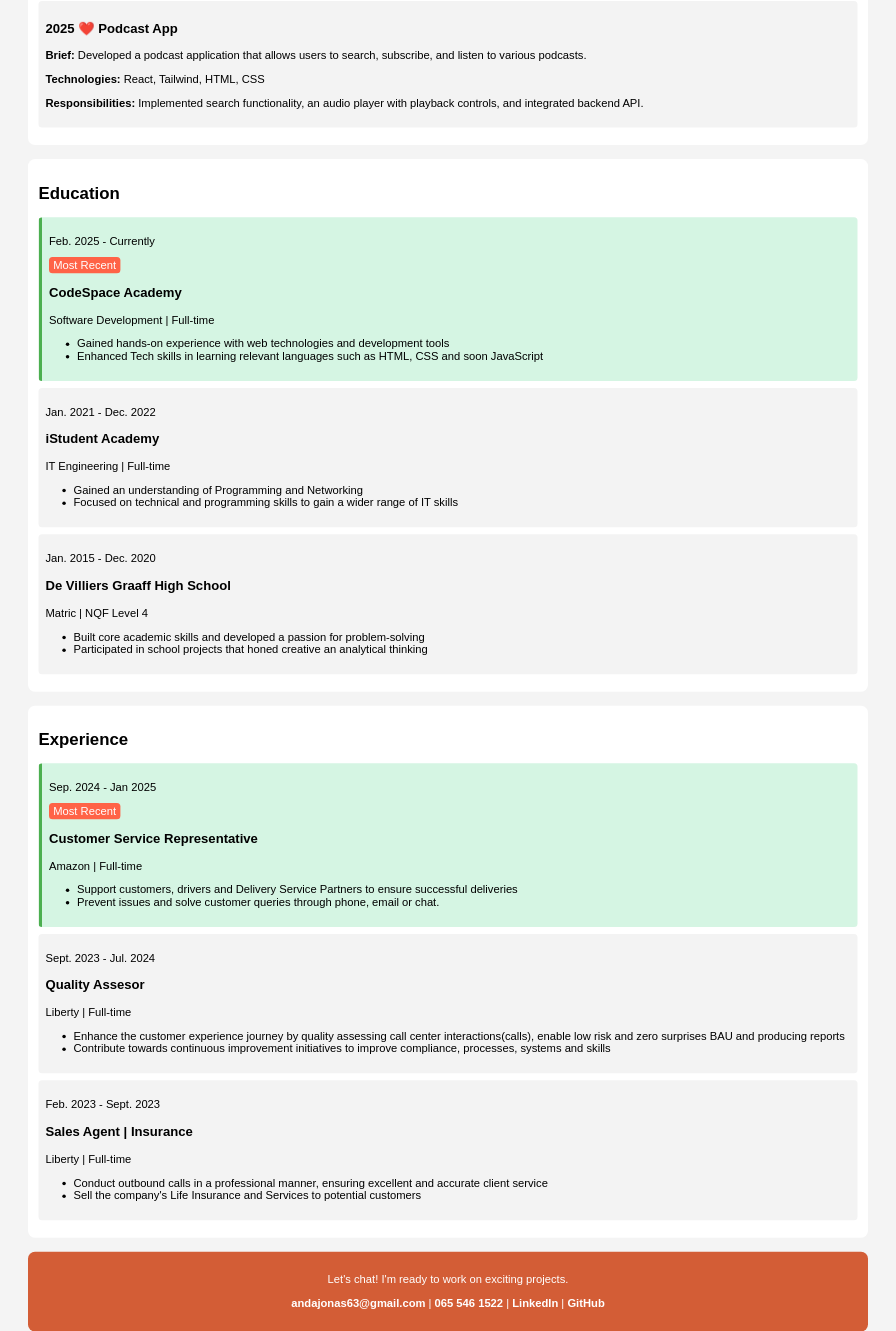
Repository: andajonas/ANDJON25111_fto2502_A2_AndaJonas_SDF_Portfolio_Piece
Page: index.html
An editor plug-in stored every save of this project. The page is shown before and after a run of saves, followed by the edit.
The browser window is 1280 px wide. The pictures show the part of the page from y = 1226 to 3146 px (the page is 3128 px tall before and 3146 px after), at 70% of full size.
A picture or video elsewhere on the page could not be fetched, so the positions and the page height are approximate.

Above is the page before, as saved 2025-04-03 18:18:27.

After the next 3 saves:
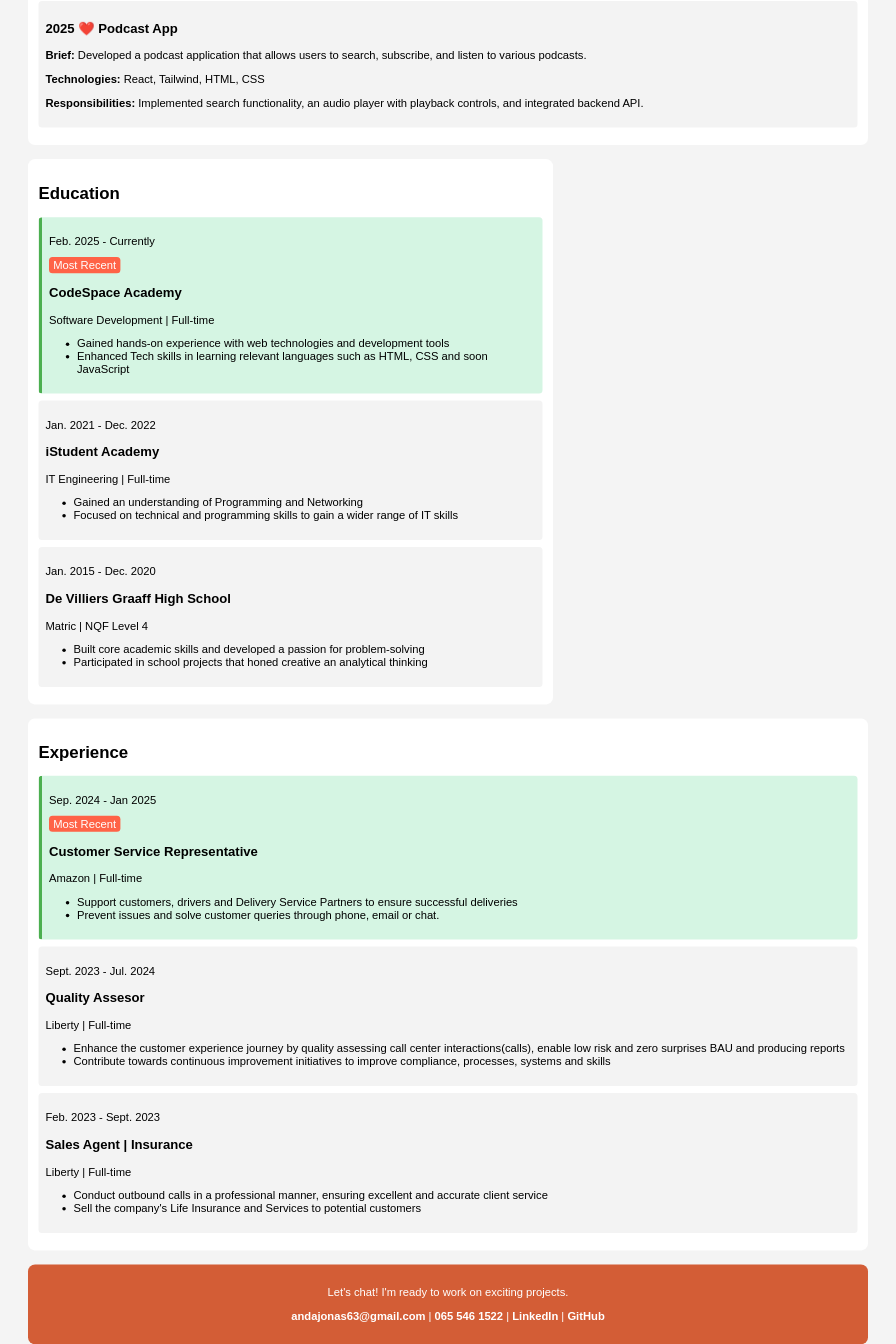
The 3 saves are shown as one change because they came seconds apart.
The last was saved 46 s later.
--- a/styles.css
+++ b/styles.css
@@ -90,6 +90,7 @@
     background: white;
     padding: 15px;
     border-radius: 10px;
+    width: 60%;
 }
 
 .education-card {

After the 3 saves that followed:
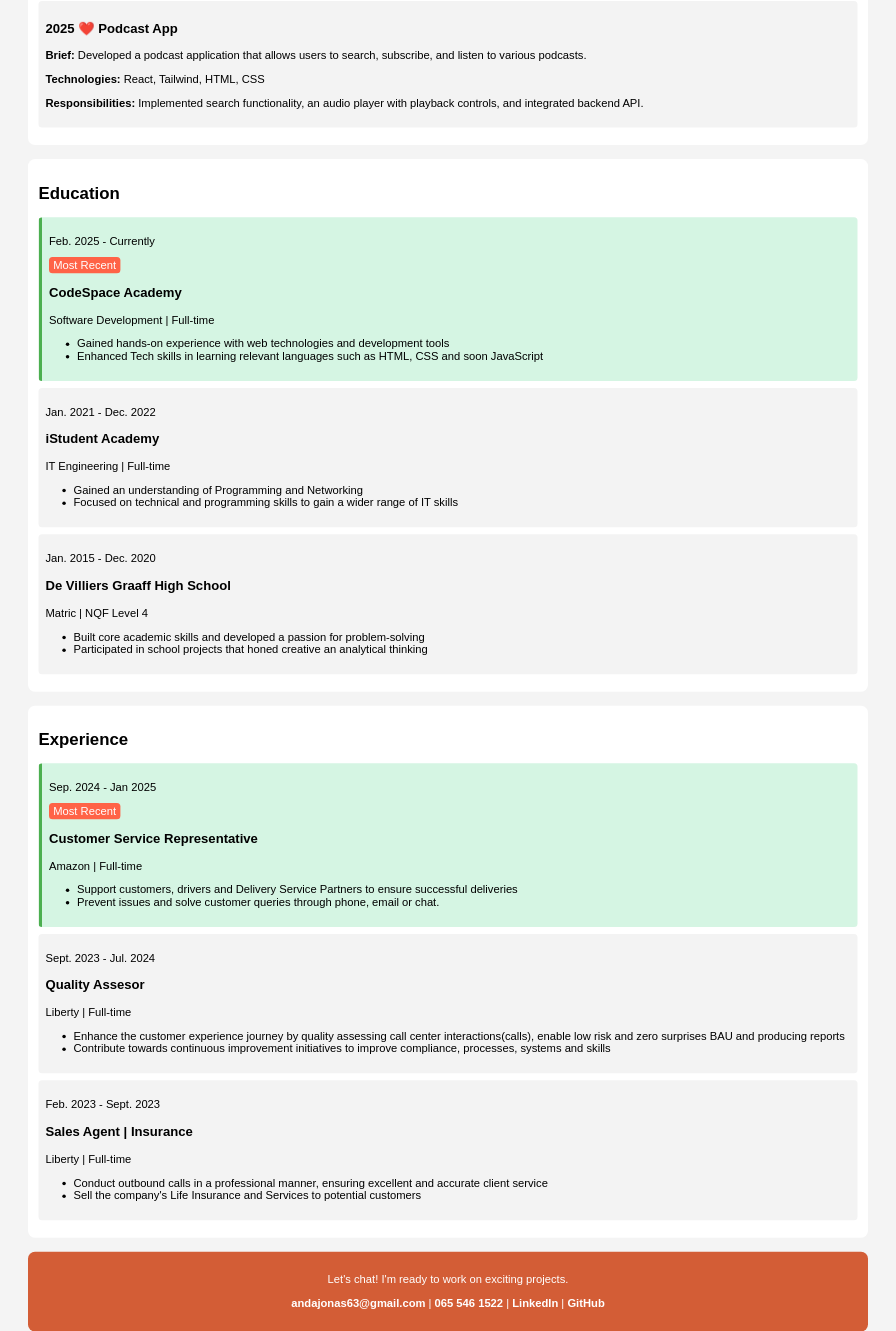
The 3 saves are shown as one change because 2 left the picture as it was.
The last was saved 32 s later.
--- a/styles.css
+++ b/styles.css
@@ -90,7 +90,6 @@
     background: white;
     padding: 15px;
     border-radius: 10px;
-    width: 60%;
 }
 
 .education-card {
